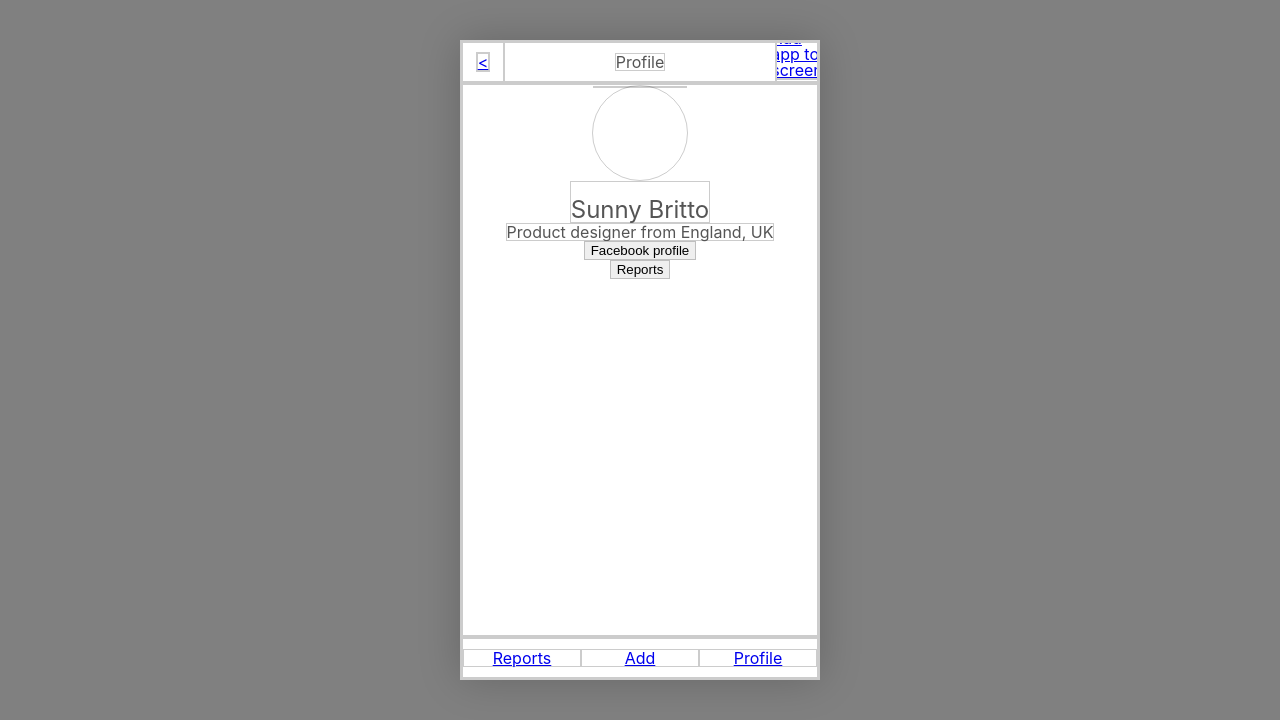
Repository: aleksandrenko/html-css-playground
Page: profile.html
The author's editor kept a copy of each file at every save. The page is drawn from the files as they stood at one save, then again after the next save.
The browser window is 1280 px wide. The pictures show the whole page.

Above is the page before, as saved 2018-01-19 15:11:55.

### profile.html
<!DOCTYPE html>
<html lang="en">
<head>
  <meta charset="UTF-8">
  <link rel="stylesheet" href="./css/shared.css">
  <link rel="stylesheet" href="./css/pages/profile.css">
</head>
<body>

<app>
  <header>
    <left>
      <history-control>
        <a href="#"><</a>
      </history-control>
    </left>
    <middle>
      <page-name>Profile</page-name>
    </middle>
    <right>
      <context-menu>
        <a href="#">About</a>
        <a href="#">Add app to screen</a>
        <a href="#">Terms of use</a>
      </context-menu>
    </right>
  </header>
  <main>
      <profile>
        <picture>
          <img src="#" alt="">
        </picture>
        <name>Sunny Britto</name>
        <information>Product designer from England, UK</information>

        <button>Facebook profile</button>
        <button>Reports</button>
      </profile>
  </main>
  <footer>
    <nav>
      <a href="#">Reports</a>
      <a href="#">Add</a>
      <a href="profile.html">Profile</a>
    </nav>
  </footer>
</app>

</body>
</html>

### css/shared.css
@import "config.css";
@import "reset.css";
@import "global.css";

@import "debug.css";

@import "layout.css";

### css/pages/profile.css
profile {
  position: absolute;
  top: 0;
  bottom: 0;
  left: 0;
  right: 0;

  display: flex;
  flex-direction: column;

  align-items: center;
}

profile picture {
  width: 96px;
  height: 96px;
  border-radius: 50%;
}

profile name {
  font-size: 1.5rem;
  padding-top: 1rem;
  b
}

### css/config.css
:root {
    --header-height: 42px;
    --footer-height: 42px;

    --min-width: 320px;
    --min-height: 460px;

    --text-global-color: #555;
    --text-global-font: "SF Pro Display", "SF Pro Icons", "Helvetica Neue", "Helvetica", "Roboto", "Arial" ,sans-serif;
}

### css/reset.css
html, body, div, span,
h1, h2, h3, h4, h5, h6, p,
a, abbr, acronym, address, img,
small, strike, strong,
b, u, i, center, ol, ul, li,
fieldset, form, label, footer, header,
menu, nav, section {
    margin: 0;
    padding: 0;
    border: 0;
    font-size: 100%;
    font: inherit;
    vertical-align: baseline;
}
/* HTML5 display-role reset for older browsers */
article, aside, details, figcaption, figure,
footer, header, hgroup, menu, nav, section {
    display: block;
}
body {
    line-height: 1;
}
ol, ul {
    list-style: none;
}

### css/global.css
body {
    min-height: var(--min-height);
    min-width: var(--min-width);
}

* {
    box-sizing: border-box;
    display: block;
}

app {
    font-family: var(--text-global-font);
    font-size: 1rem;
    color: var(--text-global-color);
    background: white;

}

### css/debug.css

body {
  background: gray;
}

body * {
  border: solid 1px rgba(0,0,0,0.2);
}

app {
  width: 360px;
  height: 640px;
  box-shadow: 0 0 40px rgba(0, 0, 0, .2);

  top: 50% !important;
  left: 50% !important;
  bottom: auto;
  right: auto;
  transform: translate(-50%, -50%);
}

### css/layout.css
app {
  display: flex;
  flex-direction: column;
  position: fixed;
  top: 0;
  bottom: 0;
  left: 0;
  right: 0;
}

/* app header */

app header {
  display: flex;
  height: 42px;
}

app header left {
  width: 42px;
}

app header > * {
  display: flex;
  justify-content: center;
  align-items: center;
  overflow: hidden;
}

app header middle {
  flex: 1;
}

app header middle page-name {
  text-align: center;
  white-space: nowrap;
  max-width: 90%;
  text-overflow: ellipsis;
  overflow: hidden;
}

app header right {
  width: 42px;
}

/* app main */

app main {
  flex: 1;
  position: relative;
  overflow: hidden;
}

/* app footer */

app footer {
  height: 42px;
  position: relative;
}

app footer nav {
  display: flex;
  flex-direction: row;
  height: 100%;
  align-items: center;
}

app footer nav a {
  flex: 1;
  text-align: center;
}

After the next save:
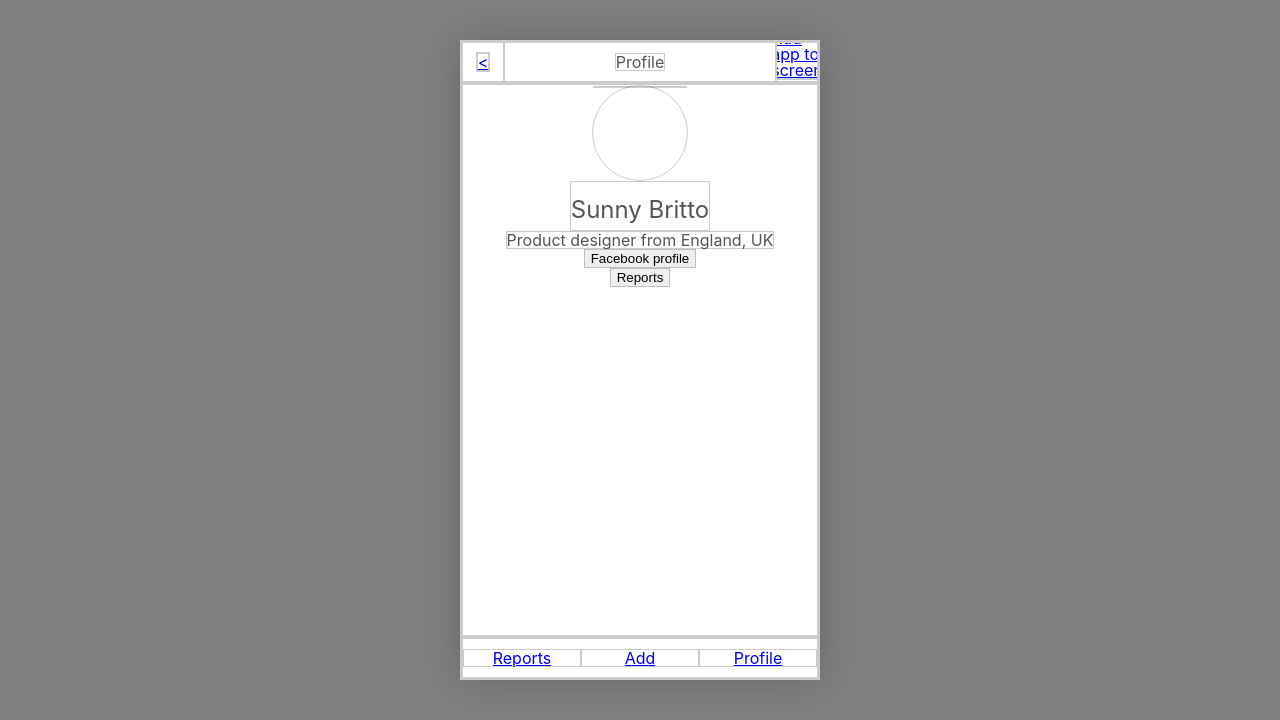
Saved 6 s later.
--- a/css/pages/profile.css
+++ b/css/pages/profile.css
@@ -20,5 +20,5 @@ profile picture {
 profile name {
   font-size: 1.5rem;
   padding-top: 1rem;
-  b
+  padding-bottom: 0.5rem;
 }
